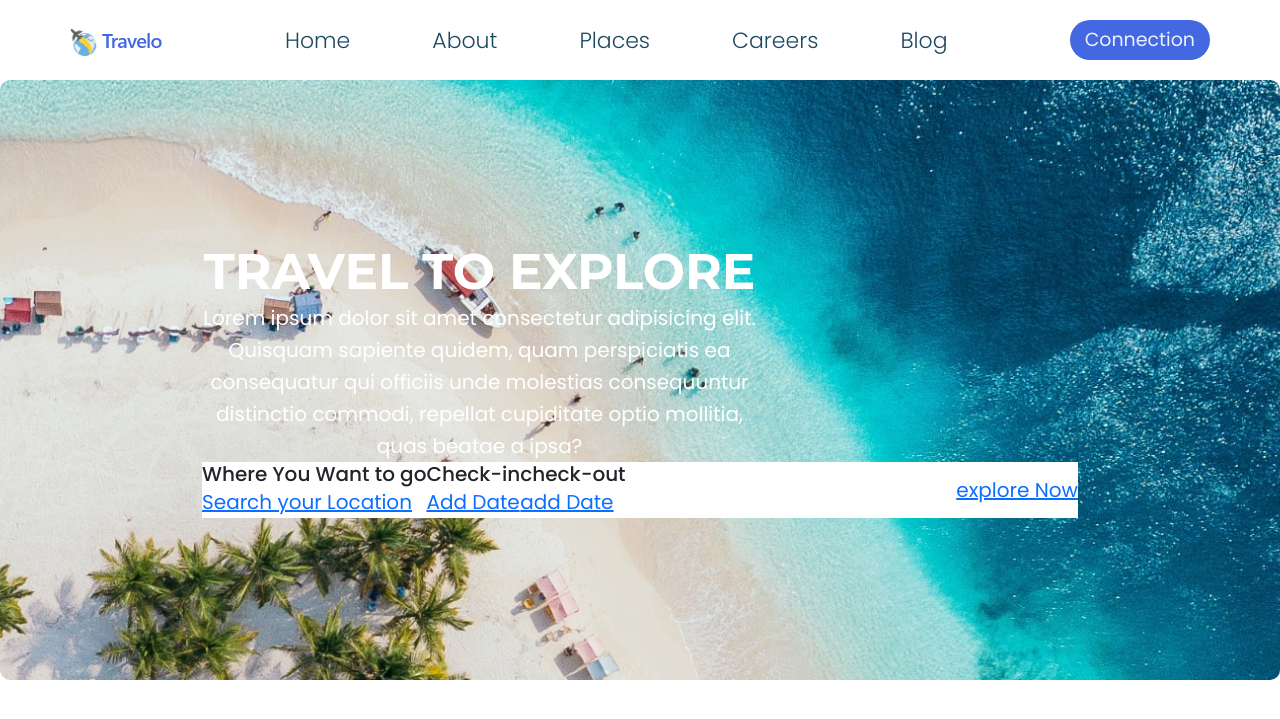
Repository: kuluong2000/travel
Page: index.html
These files come from the project's save history. The page is drawn as it stood at one moment and after the next save; the edit follows.
The browser window is 1280 px wide. The pictures show the whole page.
The style sheet was rebuilt from its Sass, Less or Tailwind sources for each picture, by a compiler version that may differ from the author's.

Above is the page before, as saved 2021-09-03 23:23:10.

After the next save:
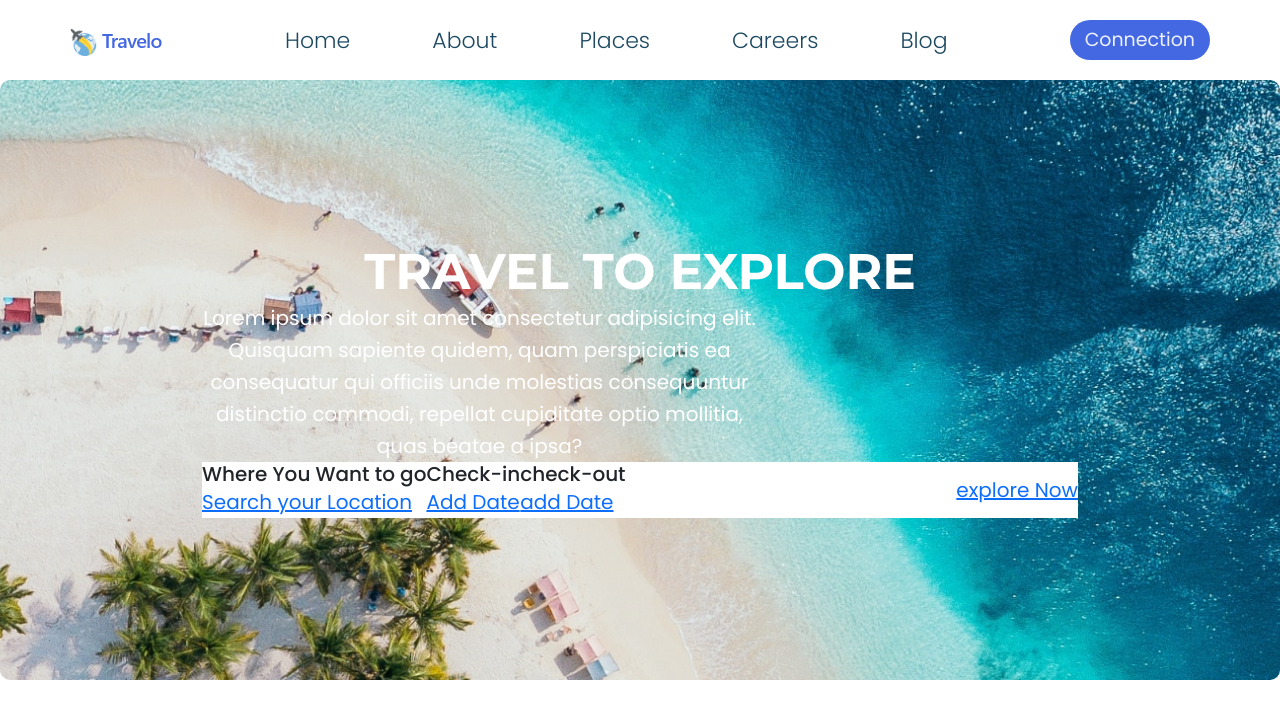
Saved 85 s later.
--- a/assets/sass/_banner.scss
+++ b/assets/sass/_banner.scss
@@ -12,7 +12,7 @@
       transform: translate(-50%,-50%);
 }
   &__main__top{
-    max-width: 555px;
+
     text-align: center;
 
 }
@@ -25,6 +25,7 @@
 }
   &__main__desc{
     color:$color-white;
+     max-width: 555px;
 }
   &__main__bottom{
     background-color: white;
